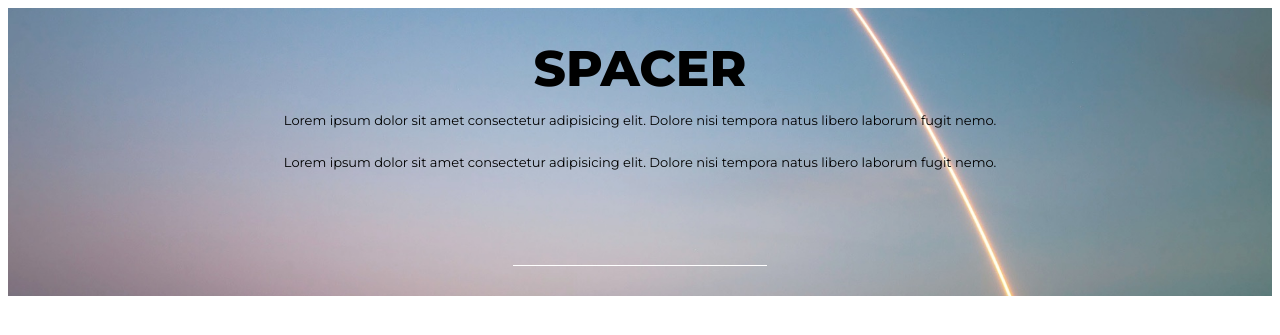
Repository: Trelefele/spacer-roman
Page: /
An editor plug-in stored every save of this project. The page is shown before and after the next save, followed by the edit.
The browser window is 1280 px wide. The pictures show the whole page.
The project was rebuilt for these pictures with package versions that can differ from the ones it lists, and the page was loaded fresh each time.

Above is the page before, as saved 2019-02-03 19:20:25.

### public/index.html
<!DOCTYPE html>
<html lang="en">
  <head>
    <meta charset="utf-8">
    <meta http-equiv="X-UA-Compatible" content="IE=edge">
    <meta name="viewport" content="width=device-width,initial-scale=1.0">
    <link rel="icon" href="<%= BASE_URL %>favicon.ico">
    <!-- <script src="https://unpkg.com/axios/dist/axios.min.js"></script> -->
    <title>spacer-roman</title>
  </head>
  <body>
    <noscript>
      <strong>We're sorry but spacer-roman doesn't work properly without JavaScript enabled. Please enable it to continue.</strong>
    </noscript>
    <div id="app"></div>
    <!-- built files will be auto injected -->
  </body>
</html>

### src/App.vue
<template>
  <div class="app">
    <router-view/>
  </div>
</template>

<style lang="scss" scoped >
@import url('https://fonts.googleapis.com/css?family=Montserrat:300,400,600,800');

* {
  box-sizing: border-box;
  font-family: 'Montserrat', sans-serif;
}

</style>

### src/router.js
import Vue from 'vue';
import Router from 'vue-router';
// import Claim from './components/Claim.vue';
import Search from './views/Search.vue';
// import SearchInput from './components/SearchInput.vue';


Vue.use(Router);

export default new Router({
//   mode: 'history',
//   base: process.env.BASE_URL,
  routes: [
    {
      path: '/',
      name: 'Search',
      component: Search,
    },
  ],
});

### src/views/Search.vue
<template>
  <div class="searchWrapper">
    <Claim/>
    <SearchInput/>
  </div>
</template>

<script>
import axios from 'axios';
import debounce from 'lodash.debounce';
import Claim from '@/components/Claim.vue';
import SearchInput from '@/components/SearchInput.vue';

const API = 'https://images-api.nasa.gov/search';

export default {
  name: 'Search',
  components: {
    Claim,
    SearchInput,
  },
  data() {
    return {
      searchValue: '',
      results: [],
    };
  },
  methods: {
    // eslint-disable-next-line
    handleInput: debounce(function(){
      axios.get(`${API}?q=${this.searchValue}&media_type=image`)
        .then((response) => {
          // this.results = response.data.collection.items;
          this.results = response.data.collection.items;
        })
        .catch((error) => {
          console.log(error);
        });
    }, 500),
  },
};
</script>

<style lang="scss" scoped>
    .searchWrapper {
        display: flex;
        flex-direction: column;
        align-items: center;
        margin: 0;
        padding: 30px;
        width: 100%;
        background-image: url('../assets/heroimage.jpg');
        background-repeat: no-repeat;
        background-size: cover;
        background-position: 80%, 0%;
    }
</style>

### src/components/Claim.vue
<template>
    <div class="claimWrapper">
        <h1 class="claim">SPACER</h1>
        <p class="subclaim">
            Lorem ipsum dolor sit amet consectetur adipisicing elit.
            Dolore nisi tempora natus libero laborum fugit nemo.
        </p>
        <p class="subclaim">
            Lorem ipsum dolor sit amet consectetur adipisicing elit.
            Dolore nisi tempora natus libero laborum fugit nemo.
        </p>
    </div>
</template>

<script>

export default {
  name: 'Claim',
};

</script>

<style lang="scss" scoped>

* {
  box-sizing: border-box;
  -webkit-font-smoothing: antialiased;
  -moz-osx-font-smoothing: grayscale;
}


.claimWrapper{
    display: flex;
    flex-direction: column;
    justify-content: center;
    align-items: center;
}

.claim{
    font-size: 50px;
    margin: 0;
}

.subclaim{
    padding-top:  0 0 0;
    font-size: 13px;
}
</style>

### src/components/SearchInput.vue
<template>
  <input
    id="search"
    name="search"
    :class="{ dark }"
    @input="handleChange"
  />
</template>
<script>
export default {
  name: 'SearchInput',
  props: {
    // value: {
    //   type: String,
    //   required: true,
    // },
    dark: {
      type: Boolean,
      default: false,
    },
  },
  methods: {
    handleChange(e) {
      this.$emit('input', e.target.value);
    },
  },
};
</script>
<style lang="scss" scoped>
  input {
    margin-top: 50px;
    display: flex;
    width: 250px;
    color: white;
    text-align: center;
    font-size: 18px;
    font-weight: 300;
    height: 30px;
    border: 0;
    background: none;
    border-bottom: 1px solid white;
    transition: box-shadow .3s ease-out;

    @media (min-width: 1024px) {
      font-weight: 400;
    }
  }

  input:focus {
    outline: none;
    box-shadow: 0 10px 20px -8px rgba(255,255,255, .5);
  }

  .dark {
    color: #1e3d4a;
    border-bottom-color: #1e3d4a;
  }

  .dark:focus {
    box-shadow: 0 10px 20px -8px rgba(#1e3d4a, .2);
  }
</style>

Loaded but not shown: src/main.js (common file)

After the next save:
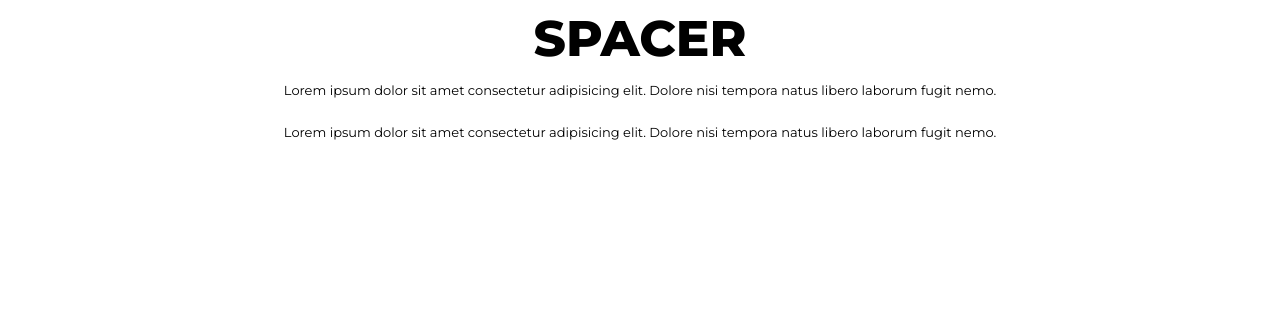
Saved 69 s later.
--- a/src/views/Search.vue
+++ b/src/views/Search.vue
@@ -42,16 +42,16 @@
 </script>
 
 <style lang="scss" scoped>
-    .searchWrapper {
-        display: flex;
-        flex-direction: column;
-        align-items: center;
-        margin: 0;
-        padding: 30px;
-        width: 100%;
-        background-image: url('../assets/heroimage.jpg');
-        background-repeat: no-repeat;
-        background-size: cover;
-        background-position: 80%, 0%;
-    }
+    // .searchWrapper {
+    //     display: flex;
+    //     flex-direction: column;
+    //     align-items: center;
+    //     margin: 0;
+    //     padding: 30px;
+    //     width: 100%;
+    //     background-image: url('../assets/heroimage.jpg');
+    //     background-repeat: no-repeat;
+    //     background-size: cover;
+    //     background-position: 80%, 0%;
+    // }
 </style>

After the save that followed:
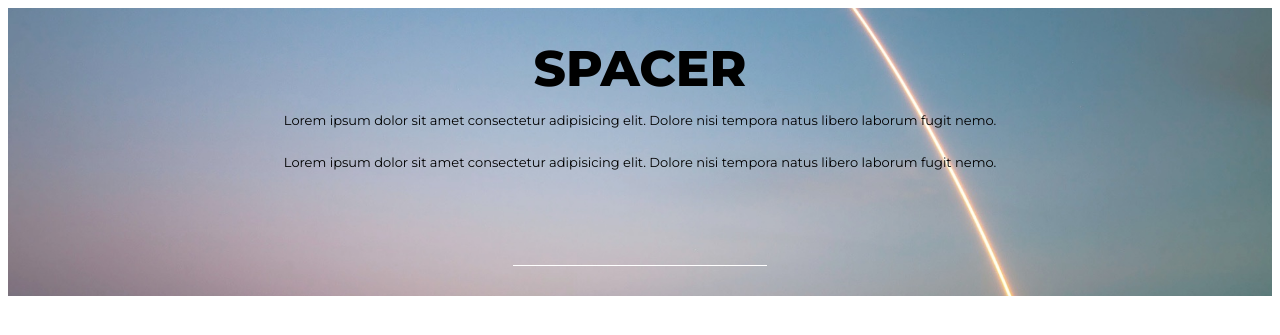
Saved 9 s later.
--- a/src/views/Search.vue
+++ b/src/views/Search.vue
@@ -42,16 +42,16 @@
 </script>
 
 <style lang="scss" scoped>
-    // .searchWrapper {
-    //     display: flex;
-    //     flex-direction: column;
-    //     align-items: center;
-    //     margin: 0;
-    //     padding: 30px;
-    //     width: 100%;
-    //     background-image: url('../assets/heroimage.jpg');
-    //     background-repeat: no-repeat;
-    //     background-size: cover;
-    //     background-position: 80%, 0%;
-    // }
+    .searchWrapper {
+        display: flex;
+        flex-direction: column;
+        align-items: center;
+        margin: 0;
+        padding: 30px;
+        width: 100%;
+        background-image: url('../assets/heroimage.jpg');
+        background-repeat: no-repeat;
+        background-size: cover;
+        background-position: 80%, 0%;
+    }
 </style>
